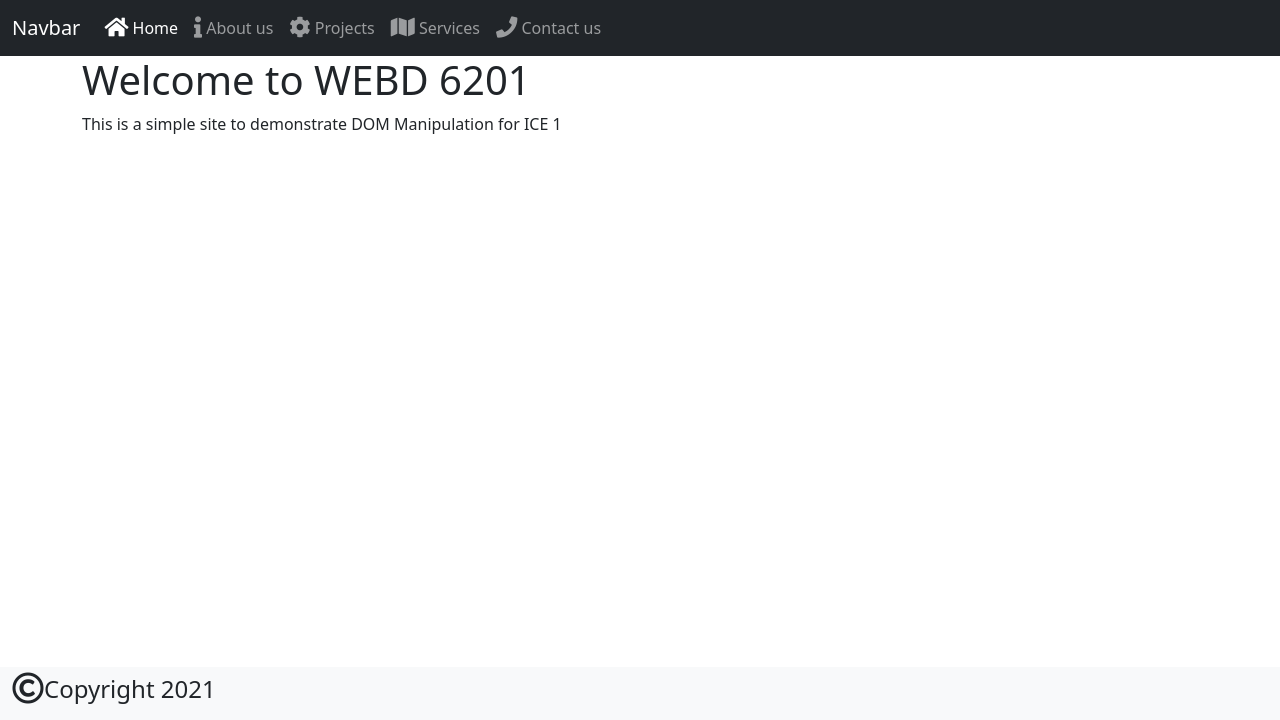
Repository: Hasib001/WEBD6201---W2021---ICE-1
Page: index.html
These files come from the project's save history. The page is drawn as it stood at one moment and after the next save; the edit follows.
The browser window is 1280 px wide. The pictures show the whole page.

Above is the page before, as saved 2021-01-22 22:53:39.

### index.html
<!DOCTYPE html>
<html lang="en">
<head>
    <meta charset="UTF-8">
    <meta name="viewport" content="width=device-width, initial-scale=1.0">
    <title>WEBD6201 - W2021 - ICE 1</title>
    <!--CSS Section -->
    <link rel="stylesheet" href="./node_modules/bootstrap/dist/css/bootstrap.min.css">
    <link rel="stylesheet" href="./node_modules/@fortawesome/fontawesome-free/css/all.css">
    <link rel="stylesheet" href="./Content/app.css" >
</head>
<body>

    <header>
        <nav class="navbar navbar-expand-lg navbar-dark bg-dark">
            <div class="container-fluid">
              <a class="navbar-brand" href="#">Navbar</a>
              <button class="navbar-toggler" type="button" data-bs-toggle="collapse" data-bs-target="#navbarSupportedContent" aria-controls="navbarSupportedContent" aria-expanded="false" aria-label="Toggle navigation">
                <span class="navbar-toggler-icon"></span>
              </button>
              <div class="collapse navbar-collapse" id="navbarSupportedContent">
                <ul class="navbar-nav me-auto mb-2 mb-lg-0">
                  <li class="nav-item">
                    <a class="nav-link active" aria-current="page" href="#"><i class="fas fa-home fa-lg"></i> Home</a>
                  </li>

                  <li class="nav-item">
                    <a class="nav-link" aria-current="page" href="#"><i class="fas fa-info fa-lg"></i> About us</a>
                  </li>

                  <li class="nav-item">
                    <a class="nav-link" aria-current="page" href="#"><i class="fas fa-cog fa-lg"></i> Projects</a>
                  </li>

                  <li class="nav-item">
                    <a class="nav-link" aria-current="page" href="#"><i class="fas fa-map fa-lg"></i> Services</a>
                  </li>

                  <li class="nav-item">
                    <a class="nav-link" aria-current="page" href="#"><i class="fas fa-phone fa-lg"></i> Contact us</a>
                  </li>

                </ul>

              </div>
            </div>
          </nav>

    </header>

    <div>
        <main class="container">
            <h1>Welcome to WEBD 6201</h1>
            <p id="paragraphOne"></p>
        </main>
    </div>

    <footer>
        <nav class="navbar fixed-bottom navbar-light bg-light">
            <div class="container-fluid">
              <h4><i class="far fa-copyright fa-lg"></i>Copyright 2021</h4>
            </div>
          </nav>

    </footer>


    <!--JAvascript section-->
    <script src="./node_modules/jquery/dist/jquery.min.js"></script>
    <script src="./node_modules/bootstrap/dist/js/bootstrap.bundle.min.js"></script>
    <script src="./Scripts/app.js" > </script>

</body>
</html>

### Content/app.css
/* css code goes here */

### Scripts/app.js
/* custom javaScript code goes here */

//IIFE - Immediately Invoked Function Expression
//AKA
//closure

"use strict";

(function()
{
    function Start()
    {
        console.log("App Started...");
        let paragraphOneText ="This is a simple site to demonstrate DOM Manipulation for ICE 1";

        let paragraphOneElement=document.getElementById("paragraphOne");

        paragraphOneElement.textContent=paragraphOneText;



    }

    window.addEventListener("load",Start);
}

)();

Loaded but not shown: node_modules/bootstrap/dist/css/bootstrap.min.css (library); node_modules/@fortawesome/fontawesome-free/css/all.css (library); node_modules/jquery/dist/jquery.min.js (library); node_modules/bootstrap/dist/js/bootstrap.bundle.min.js (library)

After the next save:
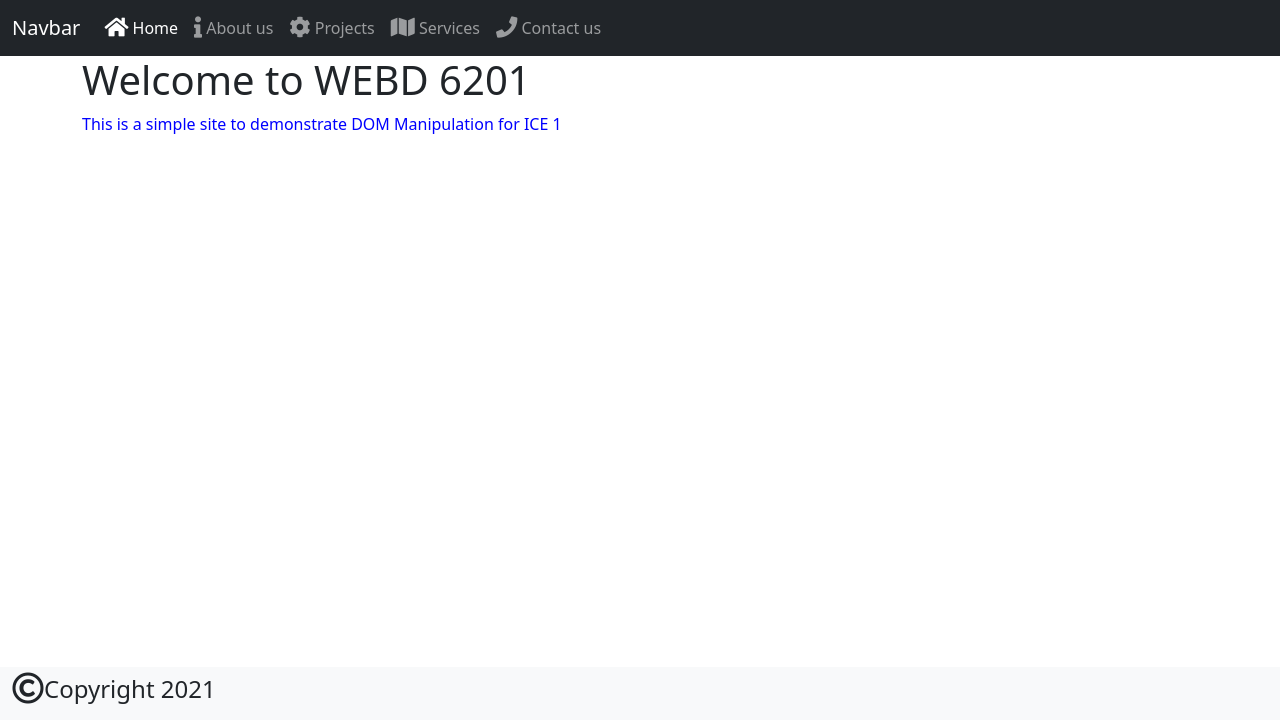
Saved 77 s later.
--- a/Scripts/app.js
+++ b/Scripts/app.js
@@ -17,6 +17,7 @@
 
         paragraphOneElement.textContent=paragraphOneText;
 
+        paragraphOneElement.style="color:blue;";
 
 
     }
